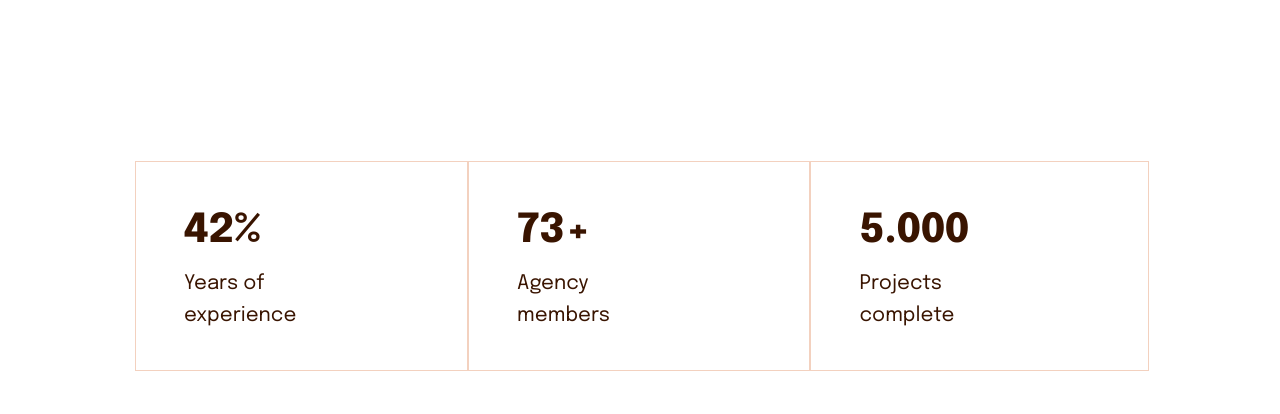
Repository: simralgasimov/task6
Page: index.html
These files come from the project's save history. The page is drawn as it stood at one moment and after the next save; the edit follows.
The browser window is 1280 px wide. The pictures show the whole page.

Above is the page before, as saved 2023-08-30 13:16:10.

After the next save:
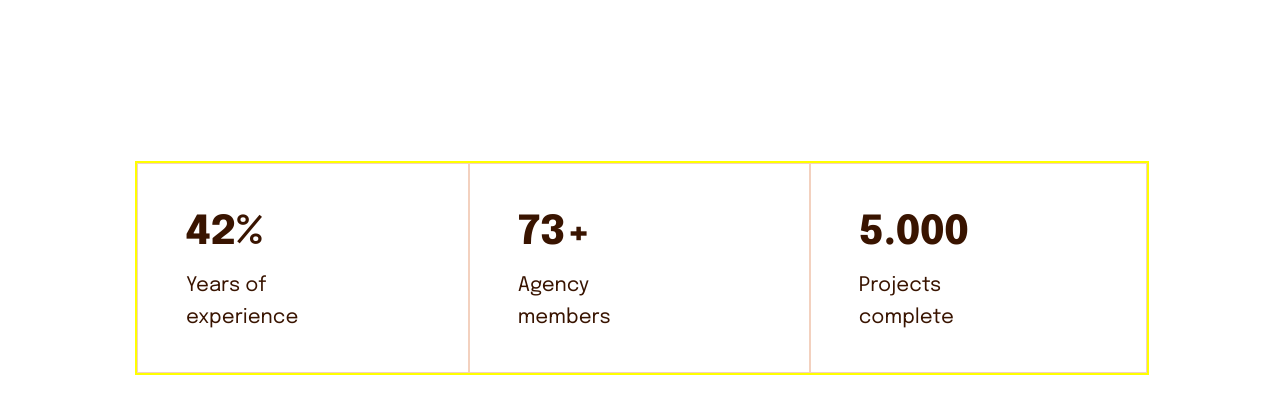
Saved 21 s later.
--- a/index.css
+++ b/index.css
@@ -14,6 +14,7 @@
   display: flex;
   /* width: 391px;
   height: 176px; */
+  border: 2px solid yellow;
 }
 
 
